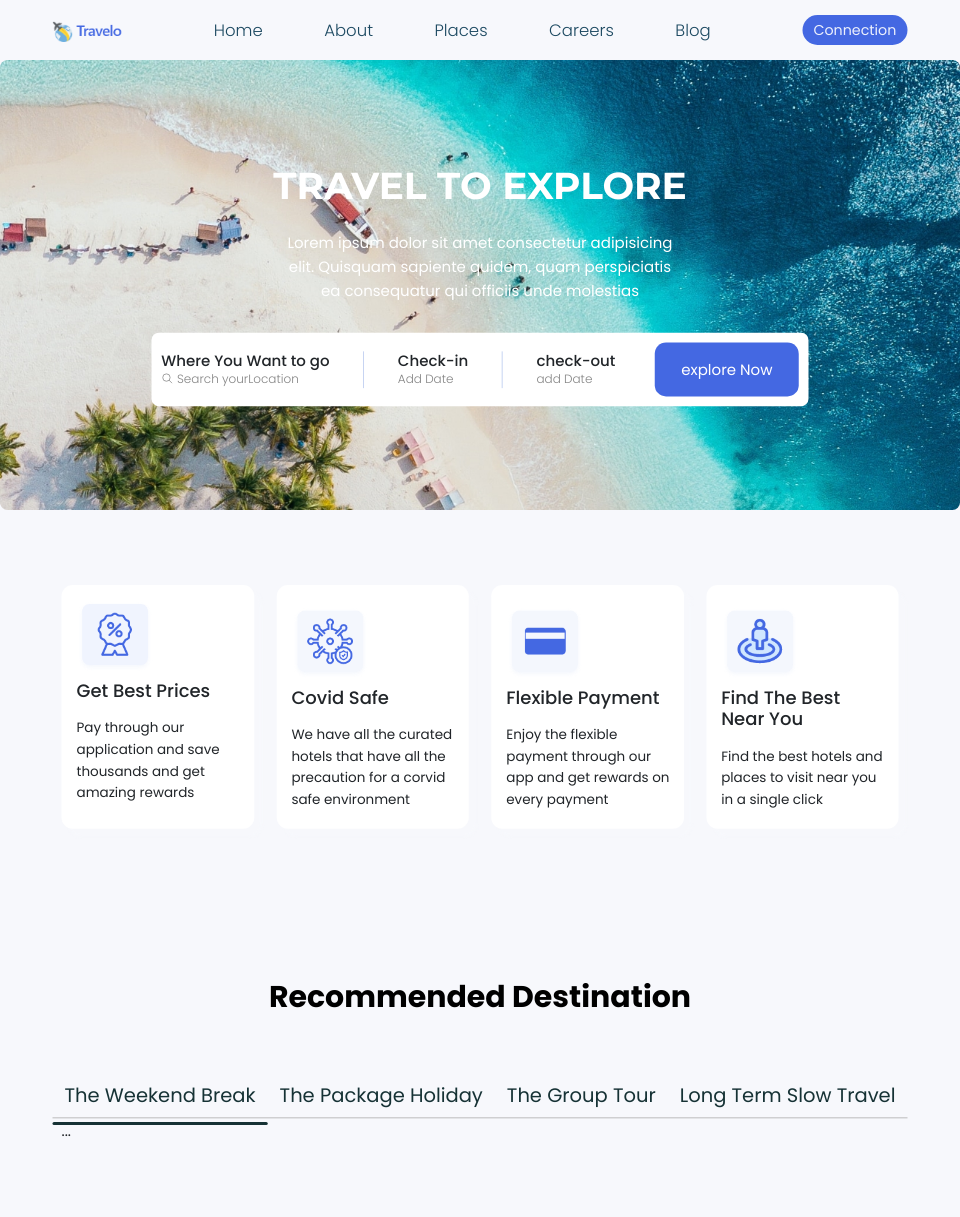
Repository: kuluong2000/travel
Page: index.html
An editor plug-in stored every save of this project. The page is shown before and after the next save, followed by the edit.
The browser window is 1280 px wide. The pictures show the whole page, at 75% of full size.
The style sheet was rebuilt from its Sass, Less or Tailwind sources for each picture, by a compiler version that may differ from the author's.

Above is the page before, as saved 2021-09-09 20:37:23.

After the next save:
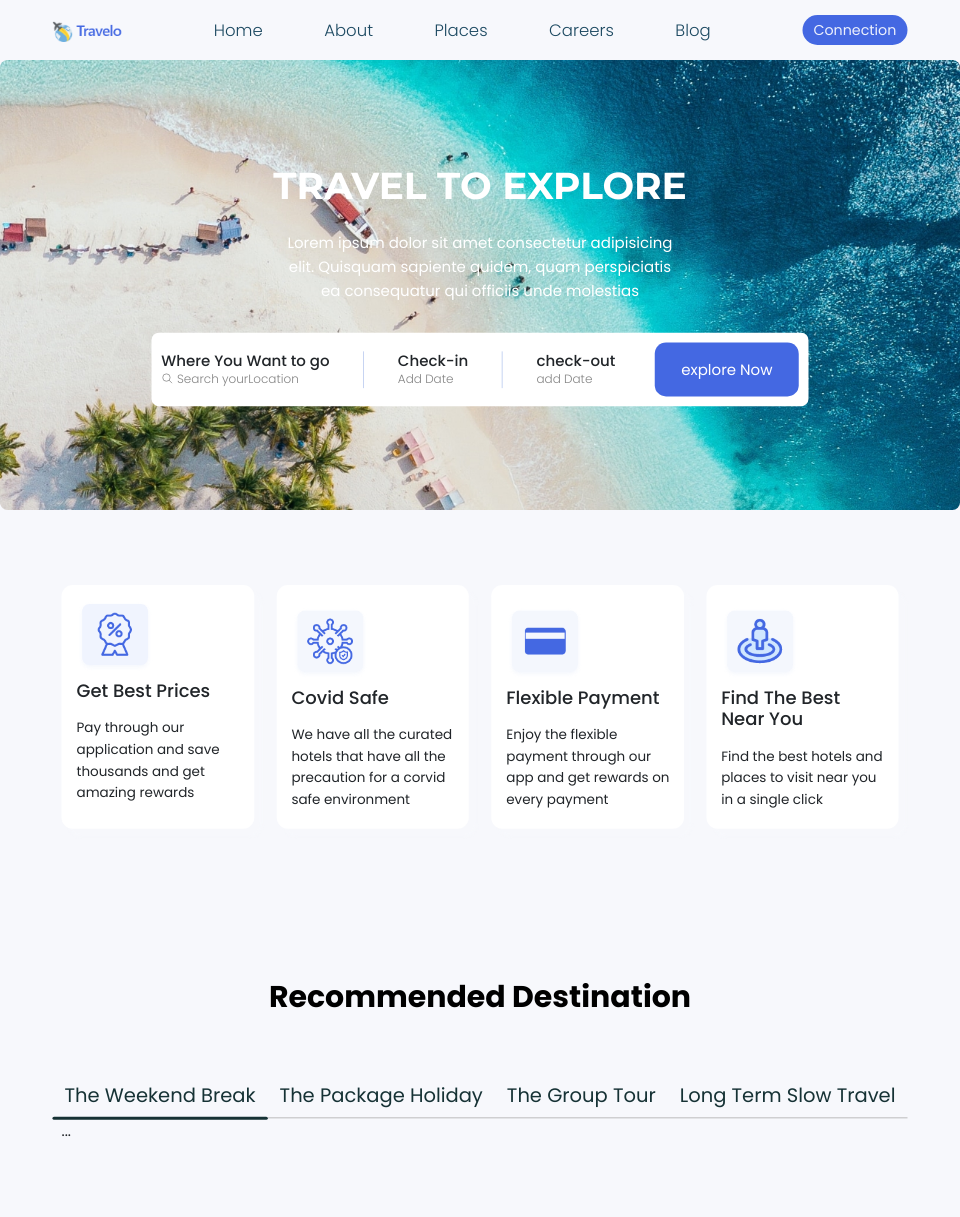
Saved 43 s later.
--- a/assets/sass/_destination.scss
+++ b/assets/sass/_destination.scss
@@ -22,7 +22,7 @@
             &::before{
                 content: '';
                 position: absolute;
-                bottom: -10px;
+                bottom: -3px;
                 left: 0;
                 width: 100%;
                 height: 4px ;
